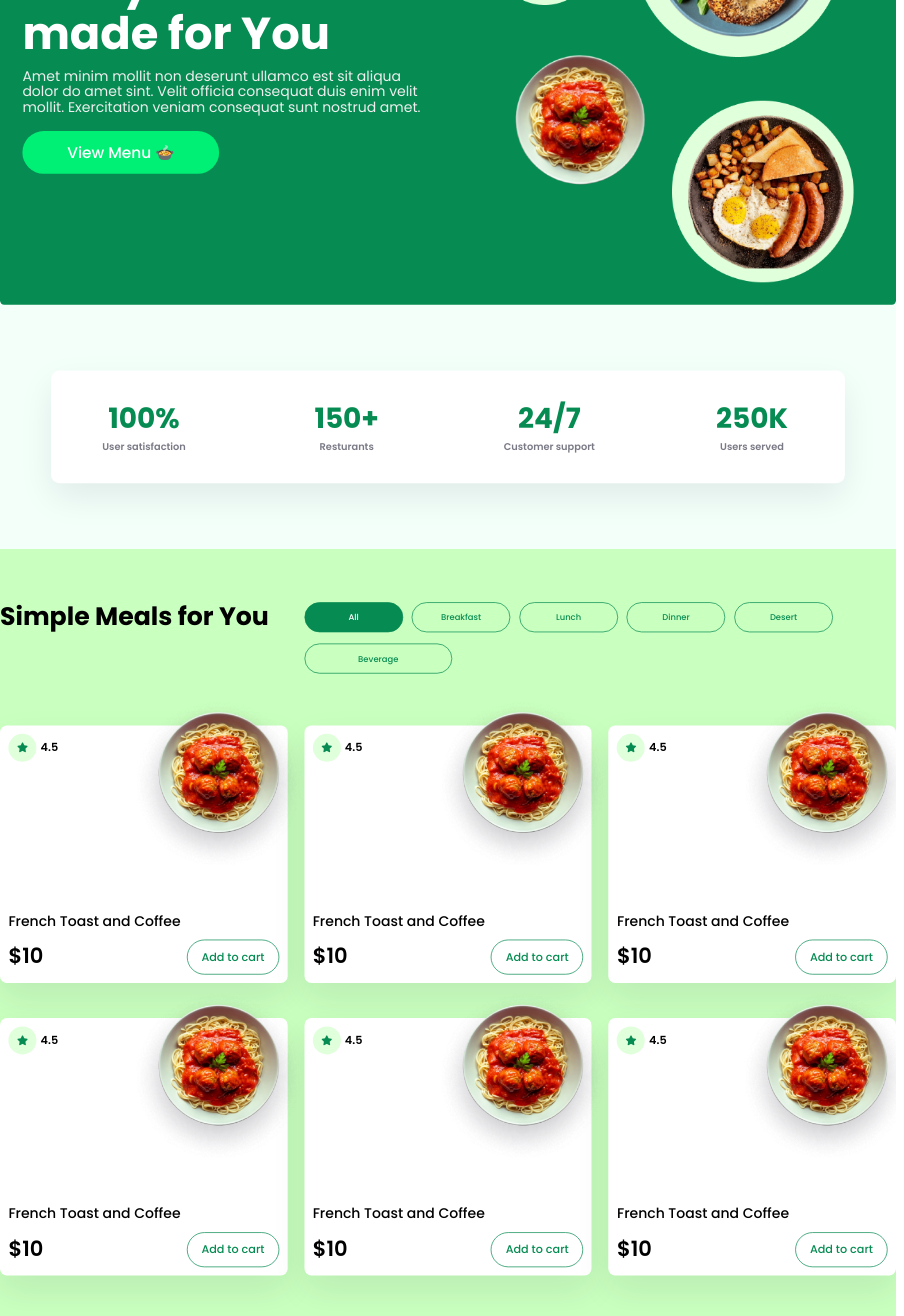
Repository: nguyennam1029/balbal
Page: index.html
These files come from the project's save history. The page is drawn as it stood at one moment and after the next save; the edit follows.
The browser window is 1280 px wide. The page is 1292 px wide, so the pictures cover 1292 px, including what lies to the right of the window. The pictures show the part of the page from y = 366 to 2246 px (the page is 4194 px tall), at 70% of full size.
Some web libraries are served in a nearby version.

Above is the page before, as saved 2022-07-09 09:36:11.

After the next save:
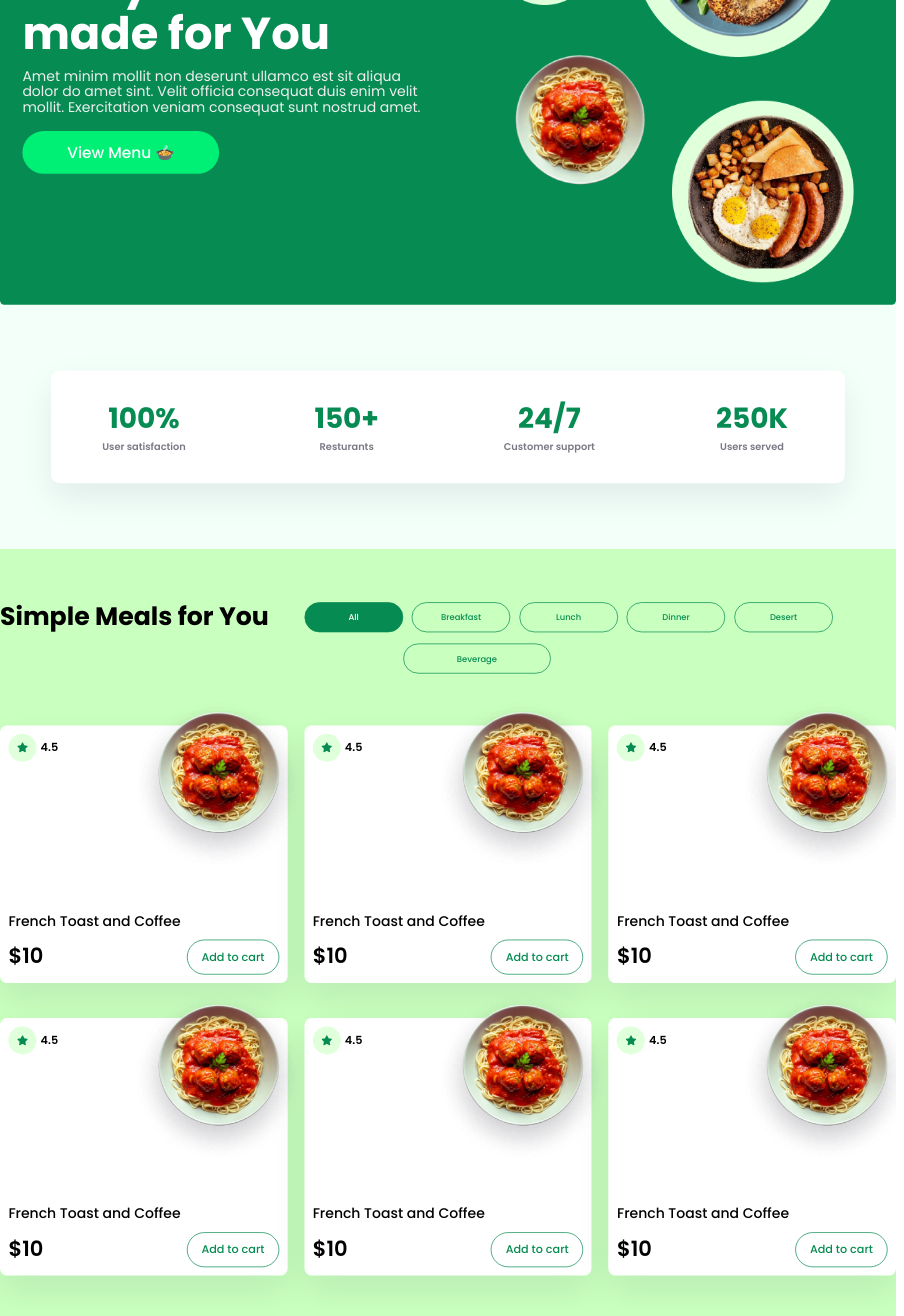
Saved 9 s later.
--- a/index.html
+++ b/index.html
@@ -120,7 +120,7 @@
                 <li class="tab-item col l-2 m-3 c-4">Lunch</li>
                 <li class="tab-item col l-2 m-3 c-4">Dinner</li>
                 <li class="tab-item col l-2 m-3 c-4">Desert</li>
-                <li class="tab-item col l-o m-3 c-4">Beverage</li>
+                <li class="tab-item col l-o-2 m-3 c-4">Beverage</li>
               </ul>
               <!-- </div> -->
             </div>
